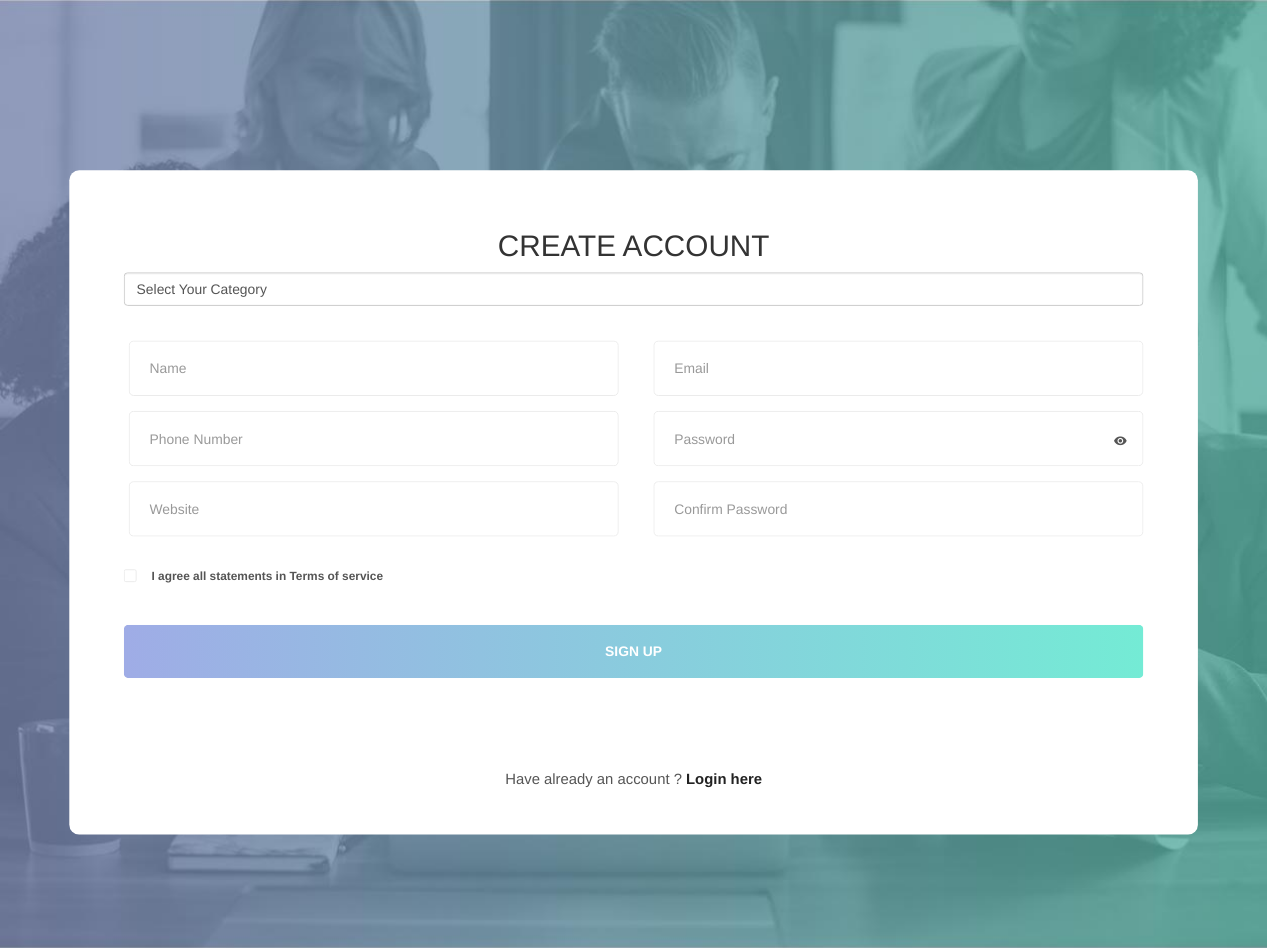
Repository: zainbt/Career_Bridge
Page: static/register/register.html
An editor plug-in stored every save of this project. The page is shown before and after the next save, followed by the edit.
The browser window is 1280 px wide. The pictures show the whole page, at 99% of full size.

Above is the page before, as saved 2019-11-18 18:32:59.

### static/register/register.html
<!DOCTYPE html>
<html lang="en">

<head>
    <meta charset="UTF-8">
    <meta name="viewport" content="width=device-width, initial-scale=1.0">
    <meta http-equiv="X-UA-Compatible" content="ie=edge">
    <title>Sign Up Form by Colorlib</title>

    <!-- Font Icon -->
    <link rel="stylesheet" href="fonts/material-icon/css/material-design-iconic-font.min.css">

    <!-- Main css -->
    <link rel="stylesheet" href="css/style.css">
    <link rel="stylesheet" href="https://maxcdn.bootstrapcdn.com/bootstrap/3.4.0/css/bootstrap.min.css">

</head>

<body>

    <div class="main">

        <section class="signup">
            <!-- <img src="images/signup-bg.jpg" alt=""> -->
            <div class="container">
                <div class="signup-content">
                    <form method="POST" id="signup-form" class="signup-form">
                        <h2 class="form-title">Create account</h2>
                        <div class="form-group">
                            <select class="form-control">
                                <option>Select Your Category</option>
                                <option>Company</option>
                                <option>University</option>
                            </select>
                        </div>
                        <div class="row">
                            <div class="col-md-6 textFields">
                                <div class="form-group">
                                    <input type="text" class="form-input" name="name" id="name" placeholder="Name" />
                                </div>
                                <div class="form-group">
                                    <input type="number" class="form-input" name="number" id="name" placeholder="Phone Number" />
                                </div>
                                <div class="form-group">
                                    <input type="url" class="form-input" name="website" id="name" placeholder="Website" />
                                </div>
                            </div>

                            <div class="col-md-6 textFields">
                                <div class="form-group">
                                    <input type="email" class="form-input" name="email" id="email" placeholder="Email" />
                                </div>
                                <div class="form-group">
                                    <input type="password" class="form-input" name="password" id="password" placeholder="Password" />
                                    <span toggle="#password" class="zmdi zmdi-eye field-icon toggle-password"></span>
                                </div>
                                <div class="form-group">
                                    <input type="password" class="form-input" name="re_password" id="re_password" placeholder="Confirm Password" />
                                </div>
                            </div>
                        </div>
                        <div class="form-group">
                            <input type="checkbox" name="agree-term" id="agree-term" class="agree-term" />
                            <label for="agree-term" class="label-agree-term"><span><span></span></span>I agree all statements in  <a href="#" class="term-service">Terms of service</a></label>
                        </div>
                        <div class="form-group">
                            <input type="submit" name="submit" id="submit" class="form-submit" value="Sign up" />
                        </div>
                    </form>
                    <p class="loginhere">
                        Have already an account ? <a href="signUp.html" class="loginhere-link">Login here</a>
                    </p>

                    <!--

                                                        <input type="text" class="form-input" name="name" id="name" placeholder="Name" />
                                <input type="number" class="form-input" name="number" id="name" placeholder="Phone Number" />
                                <input type="url" class="form-input" name="website" id="name" placeholder="Website" />

                    -->


                </div>
            </div>
        </section>

    </div>

    <!-- JS -->
    <script src="vendor/jquery/jquery.min.js"></script>
    <script src="js/main.js"></script>
</body>
<!-- This templates was made by Colorlib (https://colorlib.com) -->

</html>

### static/register/css/style.css
.row {
    display: flex;
}

.textFields {
    margin-top: 10px;
    margin-left: 5px;
}


/* @extend display-flex; */

display-flex,
.display-flex,
.display-flex-center {
    display: flex;
    display: -webkit-flex;
}


/* @extend list-type-ulli; */

list-type-ulli {
    list-style-type: none;
    margin: 0;
    padding: 0;
}


/* Montserrat-300 - latin */

@font-face {
    font-family: 'Montserrat';
    font-style: normal;
    font-weight: 300;
    src: url("../fonts/montserrat/Montserrat-Light.ttf");
    /* IE9 Compat Modes */
}

@font-face {
    font-family: 'Montserrat';
    font-style: normal;
    font-weight: 400;
    src: url("../fonts/montserrat/Montserrat-Regular.ttf");
    /* IE9 Compat Modes */
}

@font-face {
    font-family: 'Montserrat';
    font-style: italic;
    font-weight: 400;
    src: url("../fonts/montserrat/Montserrat-Italic.ttf");
    /* IE9 Compat Modes */
}

@font-face {
    font-family: 'Montserrat';
    font-style: normal;
    font-weight: 500;
    src: url("../fonts/montserrat/Montserrat-Medium.ttf");
    /* IE9 Compat Modes */
}

@font-face {
    font-family: 'Montserrat';
    font-style: normal;
    font-weight: 600;
    src: url("../fonts/montserrat/Montserrat-SemiBold.ttf");
    /* IE9 Compat Modes */
}

@font-face {
    font-family: 'Montserrat';
    font-style: normal;
    font-weight: 700;
    src: url("../fonts/montserrat/Montserrat-Bold.ttf");
    /* IE9 Compat Modes */
}

@font-face {
    font-family: 'Montserrat';
    font-style: italic;
    font-weight: 700;
    src: url("../fonts/montserrat/Montserrat-BoldItalic.ttf");
    /* IE9 Compat Modes */
}

@font-face {
    font-family: 'Montserrat';
    font-style: italic;
    font-weight: 900;
    src: url("../fonts/montserrat/montserrat-v12-latin-900.ttf"), url("../fonts/montserrat/montserrat-v12-latin-900.eot") format("embedded-opentype"), url("../fonts/montserrat/montserrat-v12-latin-900.svg") format("woff2"), url("../fonts/montserrat/montserrat-v12-latin-900.woff") format("woff"), url("../fonts/montserrat/montserrat-v12-latin-900.woff2") format("truetype");
}

a:focus,
a:active {
    text-decoration: none;
    outline: none;
    transition: all 300ms ease 0s;
    -moz-transition: all 300ms ease 0s;
    -webkit-transition: all 300ms ease 0s;
    -o-transition: all 300ms ease 0s;
    -ms-transition: all 300ms ease 0s;
}

input,
select,
textarea {
    outline: none;
    appearance: unset !important;
    -moz-appearance: unset !important;
    -webkit-appearance: unset !important;
    -o-appearance: unset !important;
    -ms-appearance: unset !important;
}

input::-webkit-outer-spin-button,
input::-webkit-inner-spin-button {
    appearance: none !important;
    -moz-appearance: none !important;
    -webkit-appearance: none !important;
    -o-appearance: none !important;
    -ms-appearance: none !important;
    margin: 0;
}

input:focus,
select:focus,
textarea:focus {
    outline: none;
    box-shadow: none !important;
    -moz-box-shadow: none !important;
    -webkit-box-shadow: none !important;
    -o-box-shadow: none !important;
    -ms-box-shadow: none !important;
}

input[type=checkbox] {
    appearance: checkbox !important;
    -moz-appearance: checkbox !important;
    -webkit-appearance: checkbox !important;
    -o-appearance: checkbox !important;
    -ms-appearance: checkbox !important;
}

input[type=radio] {
    appearance: radio !important;
    -moz-appearance: radio !important;
    -webkit-appearance: radio !important;
    -o-appearance: radio !important;
    -ms-appearance: radio !important;
}

img {
    max-width: 100%;
    height: auto;
}

figure {
    margin: 0;
}

p {
    margin-bottom: 0px;
    font-size: 15px;
    color: #777;
}

h2 {
    line-height: 1.66;
    margin: 0;
    padding: 0;
    font-weight: 900;
    color: #222;
    font-family: 'Montserrat';
    font-size: 24px;
    text-transform: uppercase;
    text-align: center;
    margin-bottom: 40px;
}

.clear {
    clear: both;
}

body {
    font-size: 14px;
    line-height: 1.8;
    color: #222;
    font-weight: 400;
    font-family: 'Montserrat';
    background-image: url("../images/signup-bg.jpg");
    background-repeat: no-repeat;
    background-size: cover;
    -moz-background-size: cover;
    -webkit-background-size: cover;
    -o-background-size: cover;
    -ms-background-size: cover;
    background-position: center center;
    padding: 115px 0;
}

.container {
    width: 660px;
    position: relative;
    margin: 0 auto;
}

.display-flex {
    justify-content: space-between;
    -moz-justify-content: space-between;
    -webkit-justify-content: space-between;
    -o-justify-content: space-between;
    -ms-justify-content: space-between;
    align-items: center;
    -moz-align-items: center;
    -webkit-align-items: center;
    -o-align-items: center;
    -ms-align-items: center;
}

.display-flex-center {
    justify-content: center;
    -moz-justify-content: center;
    -webkit-justify-content: center;
    -o-justify-content: center;
    -ms-justify-content: center;
    align-items: center;
    -moz-align-items: center;
    -webkit-align-items: center;
    -o-align-items: center;
    -ms-align-items: center;
}

.position-center {
    position: absolute;
    top: 50%;
    left: 50%;
    transform: translate(-50%, -50%);
    -moz-transform: translate(-50%, -50%);
    -webkit-transform: translate(-50%, -50%);
    -o-transform: translate(-50%, -50%);
    -ms-transform: translate(-50%, -50%);
}

.signup-content {
    position: relative;
    margin-top: 5%;
    background: #fff;
    border-radius: 10px;
    -moz-border-radius: 10px;
    -webkit-border-radius: 10px;
    -o-border-radius: 10px;
    -ms-border-radius: 10px;
    padding: 40px 55px;
}

.form-group {
    margin-top: 10px;
    overflow: hidden;
    margin-bottom: 20px;
}

.form-input {
    width: 100%;
    border: 1px solid #ebebeb;
    border-radius: 5px;
    -moz-border-radius: 5px;
    -webkit-border-radius: 5px;
    -o-border-radius: 5px;
    -ms-border-radius: 5px;
    padding: 17px 20px;
    box-sizing: border-box;
    font-size: 14px;
    font-weight: 500;
    color: #222;
}

.form-input::-webkit-input-placeholder {
    color: #999;
}

.form-input::-moz-placeholder {
    color: #999;
}

.form-input:-ms-input-placeholder {
    color: #999;
}

.form-input:-moz-placeholder {
    color: #999;
}

.form-input::-webkit-input-placeholder {
    font-weight: 500;
}

.form-input::-moz-placeholder {
    font-weight: 500;
}

.form-input:-ms-input-placeholder {
    font-weight: 500;
}

.form-input:-moz-placeholder {
    font-weight: 500;
}

.form-input:focus {
    border: 1px solid transparent;
    -webkit-border-image-source: -webkit-linear-gradient(to right, #9face6, #74ebd5);
    -moz-border-image-source: -moz-linear-gradient(to right, #9face6, #74ebd5);
    -o-border-image-source: -o-linear-gradient(to right, #9face6, #74ebd5);
    border-image-source: linear-gradient(to right, #9face6, #74ebd5);
    -webkit-border-image-slice: 1;
    border-image-slice: 1;
    border-radius: 5px;
    -moz-border-radius: 5px;
    -webkit-border-radius: 5px;
    -o-border-radius: 5px;
    -ms-border-radius: 5px;
    background-origin: border-box;
    background-clip: content-box, border-box;
}

.form-input:focus::-webkit-input-placeholder {
    color: #222;
}

.form-input:focus::-moz-placeholder {
    color: #222;
}

.form-input:focus:-ms-input-placeholder {
    color: #222;
}

.form-input:focus:-moz-placeholder {
    color: #222;
}

.form-submit {
    width: 100%;
    border-radius: 5px;
    -moz-border-radius: 5px;
    -webkit-border-radius: 5px;
    -o-border-radius: 5px;
    -ms-border-radius: 5px;
    padding: 17px 20px;
    box-sizing: border-box;
    font-size: 14px;
    font-weight: 700;
    color: #fff;
    text-transform: uppercase;
    border: none;
    background-image: -moz-linear-gradient(to left, #74ebd5, #9face6);
    background-image: -ms-linear-gradient(to left, #74ebd5, #9face6);
    background-image: -o-linear-gradient(to left, #74ebd5, #9face6);
    background-image: -webkit-linear-gradient(to left, #74ebd5, #9face6);
    background-image: linear-gradient(to left, #74ebd5, #9face6);
}

input[type=checkbox]:not(old) {
    width: 2em;
    margin: 0;
    padding: 0;
    font-size: 1em;
    display: none;
}

input[type=checkbox]:not(old)+label {
    display: inline-block;
    margin-top: 7px;
    margin-bottom: 25px;
}

input[type=checkbox]:not(old)+label>span {
    display: inline-block;
    width: 13px;
    height: 13px;
    margin-right: 15px;
    margin-bottom: 3px;
    border: 1px solid #ebebeb;
    border-radius: 2px;
    -moz-border-radius: 2px;
    -webkit-border-radius: 2px;
    -o-border-radius: 2px;
    -ms-border-radius: 2px;
    background: white;
    background-image: -moz-linear-gradient(white, white);
    background-image: -ms-linear-gradient(white, white);
    background-image: -o-linear-gradient(white, white);
    background-image: -webkit-linear-gradient(white, white);
    background-image: linear-gradient(white, white);
    vertical-align: bottom;
}

input[type=checkbox]:not(old):checked+label>span {
    background-image: -moz-linear-gradient(white, white);
    background-image: -ms-linear-gradient(white, white);
    background-image: -o-linear-gradient(white, white);
    background-image: -webkit-linear-gradient(white, white);
    background-image: linear-gradient(white, white);
}

input[type=checkbox]:not(old):checked+label>span:before {
    content: '\f26b';
    display: block;
    color: #222;
    font-size: 11px;
    line-height: 1.2;
    text-align: center;
    font-family: 'Material-Design-Iconic-Font';
    font-weight: bold;
}

.label-agree-term {
    font-size: 12px;
    font-weight: 600;
    color: #555;
}

.term-service {
    color: #555;
}

.loginhere {
    color: #555;
    font-weight: 500;
    text-align: center;
    margin-top: 91px;
    margin-bottom: 5px;
}

.loginhere-link {
    font-weight: 700;
    color: #222;
}

.field-icon {
    float: right;
    margin-right: 17px;
    margin-top: -32px;
    position: relative;
    z-index: 2;
    color: #555;
}

@media screen and (max-width: 768px) {
    .container {
        width: calc(100% - 40px);
        max-width: 100%;
    }
}

@media screen and (max-width: 480px) {
    .signup-content {
        padding: 50px 25px;
    }
}


/*# sourceMappingURL=style.css.map */

Loaded but not shown: static/register/fonts/material-icon/css/material-design-iconic-font.min.css (library); static/register/vendor/jquery/jquery.min.js (library); static/register/js/main.js (common file)

After the next save:
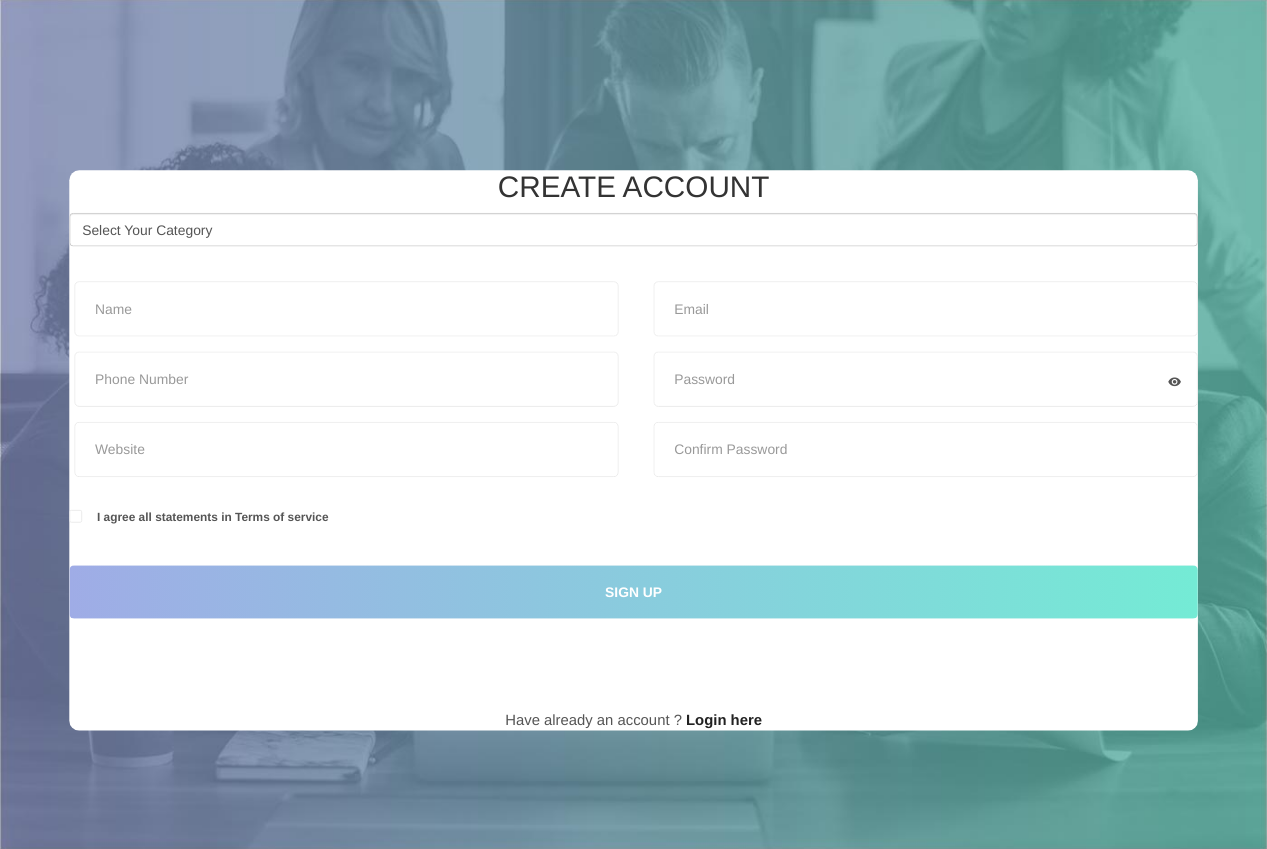
Saved 12 s later.
--- a/static/register/css/style.css
+++ b/static/register/css/style.css
@@ -252,7 +252,7 @@ body {
     -webkit-border-radius: 10px;
     -o-border-radius: 10px;
     -ms-border-radius: 10px;
-    padding: 40px 55px;
+    /* padding: 40px 55px; */
 }
 
 .form-group {
